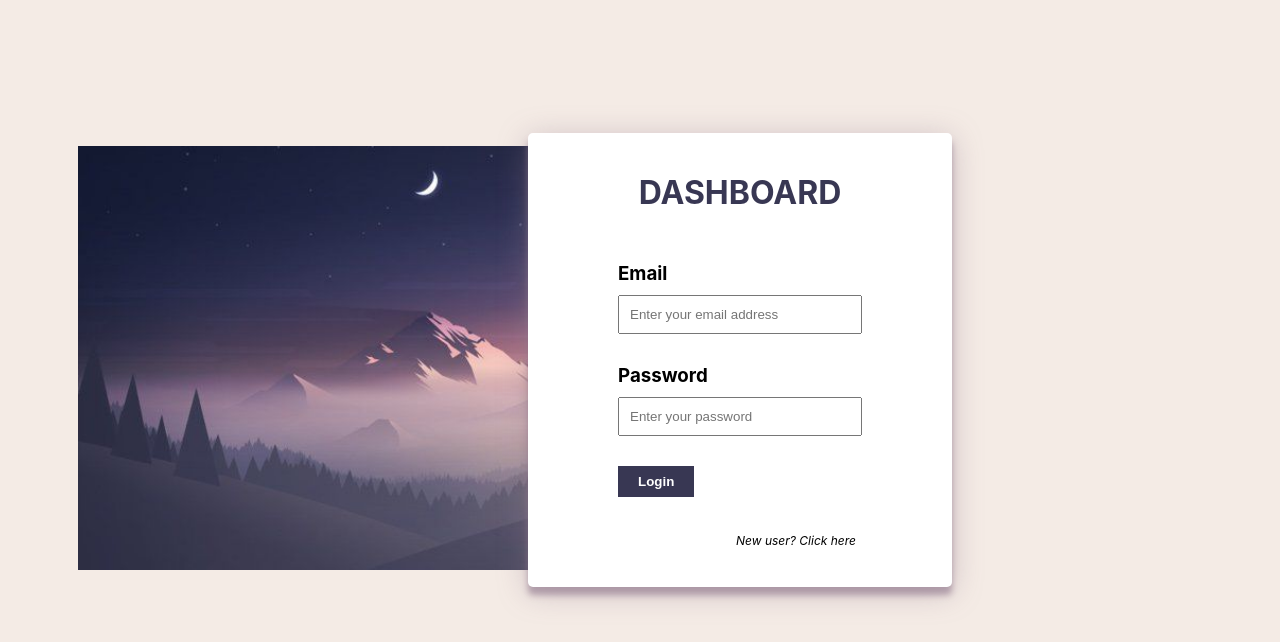
Repository: syni18/internshala-project
Page: /
The author's editor kept a copy of each file at every save. The page is drawn from the files as they stood at one save, then again after the next save.
The browser window is 1280 px wide. The pictures show the whole page.
The project was rebuilt for these pictures with package versions that can differ from the ones it lists, and the page was loaded fresh each time. Also part of the build but not shown: src/dashboard/sidebar.css, src/dashboard/Sidebar.jsx, src/home/home.css, src/home/Home.jsx, src/profile/profile.css, src/profile/Profile.jsx, src/todocal/TodoList.jsx, src/todocal/Todo.jsx and 4 more.

Above is the page before, as saved 2022-08-30 16:19:39.

After the next save:
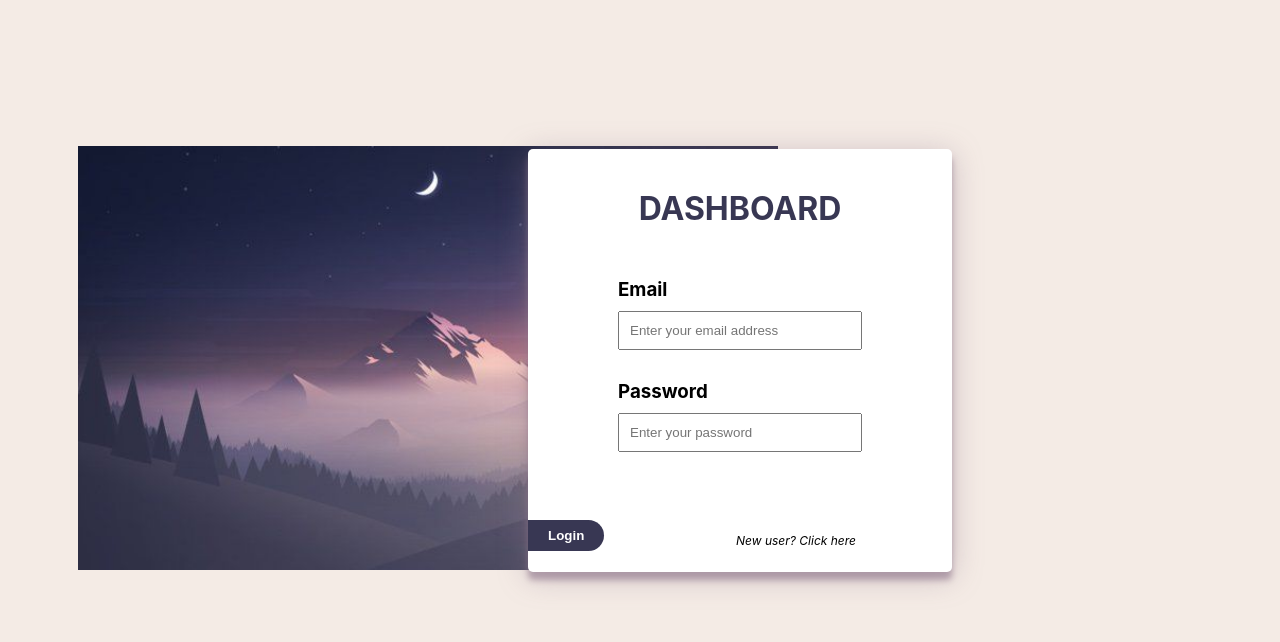
Saved 61 s later.
--- a/src/login/login.css
+++ b/src/login/login.css
@@ -34,7 +34,7 @@
     align-items: center;
     justify-content: center;
 }
-.login_container .btn{
+.login_container button{
     position: absolute;
     bottom: 4.8%;
     left: 0;

After the 2 saves that followed:
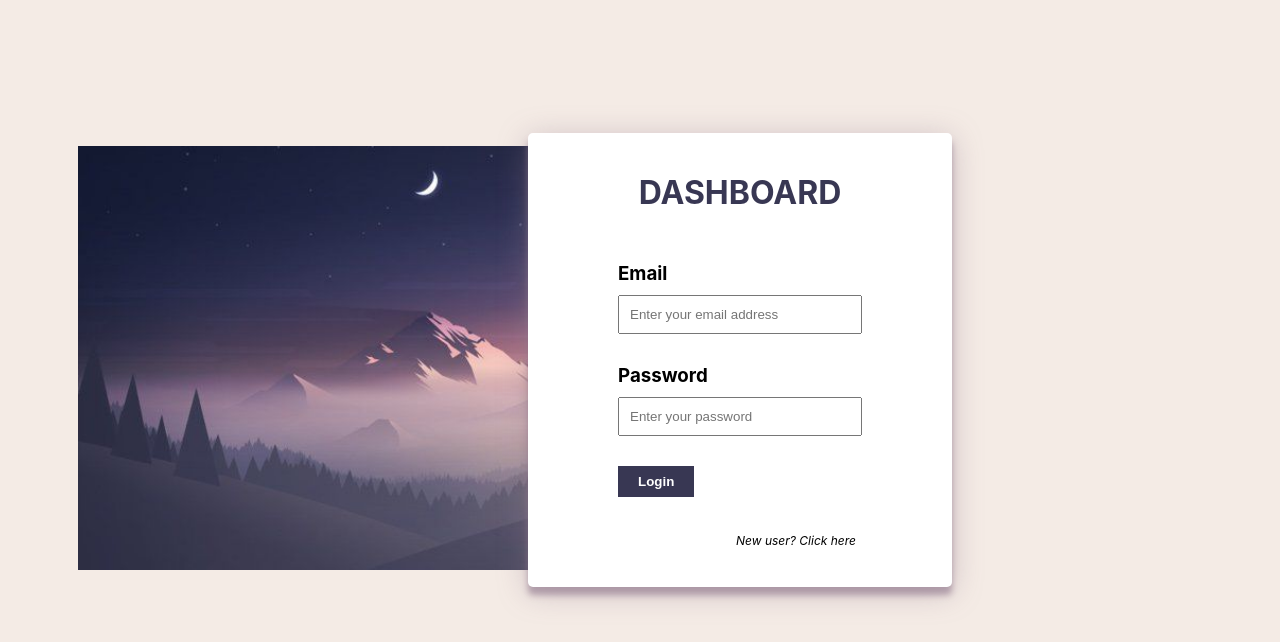
The 2 saves are shown as one change because 1 left the picture as it was.
The last was saved 55 s later.
--- a/src/login/login.css
+++ b/src/login/login.css
@@ -34,11 +34,11 @@
     align-items: center;
     justify-content: center;
 }
-.login_container button{
+.login_container butt.on{
     position: absolute;
     bottom: 4.8%;
     left: 0;
-    width: 80%;
+    width: 100%;
     padding: 10px 0;
     border-top-right-radius: 30px;
     border-bottom-right-radius: 30px;
